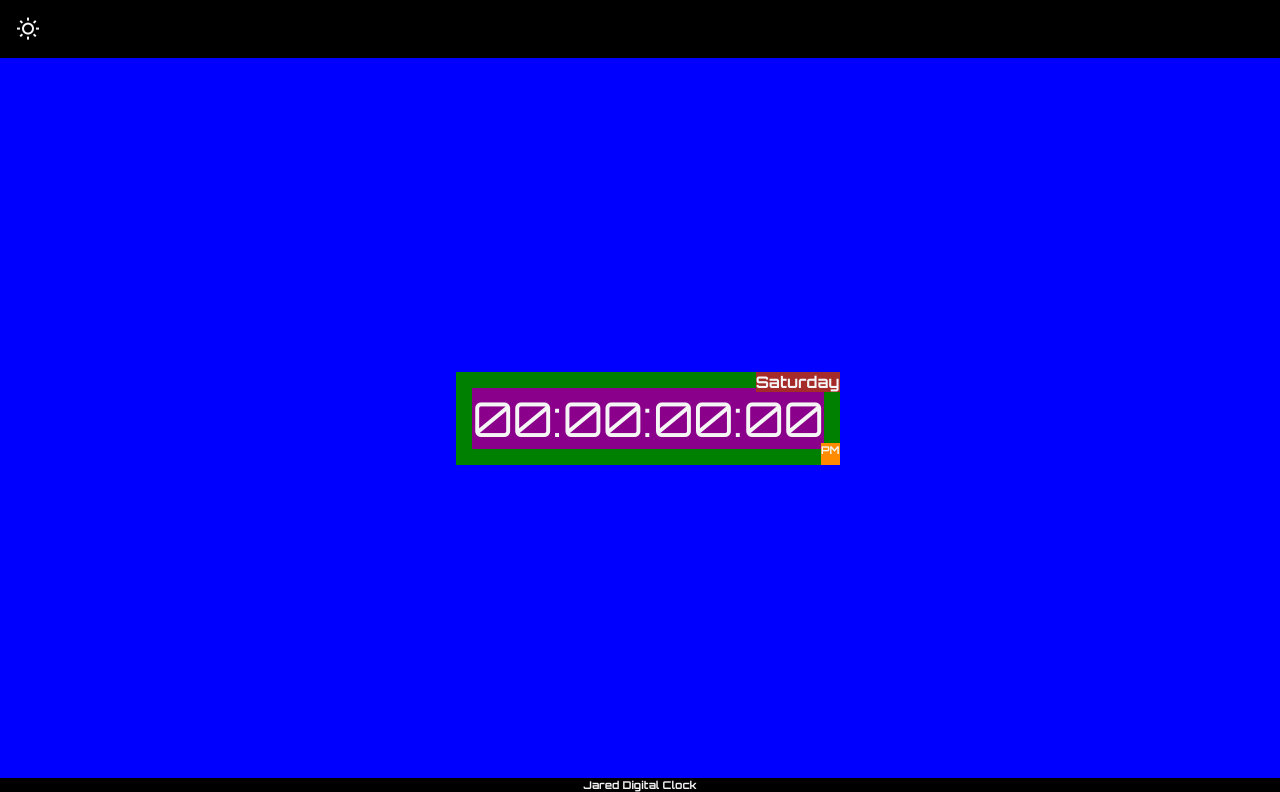
Repository: EguJaredoBoyd/Jared-Digital-Clock
Page: index.html
These files come from the project's save history. The page is drawn as it stood at one moment and after the next save; the edit follows.
The browser window is 1280 px wide. The pictures show the whole page.
Some web libraries are served in a nearby version.

Above is the page before, as saved 2026-01-04 22:44:19.

After the next save:
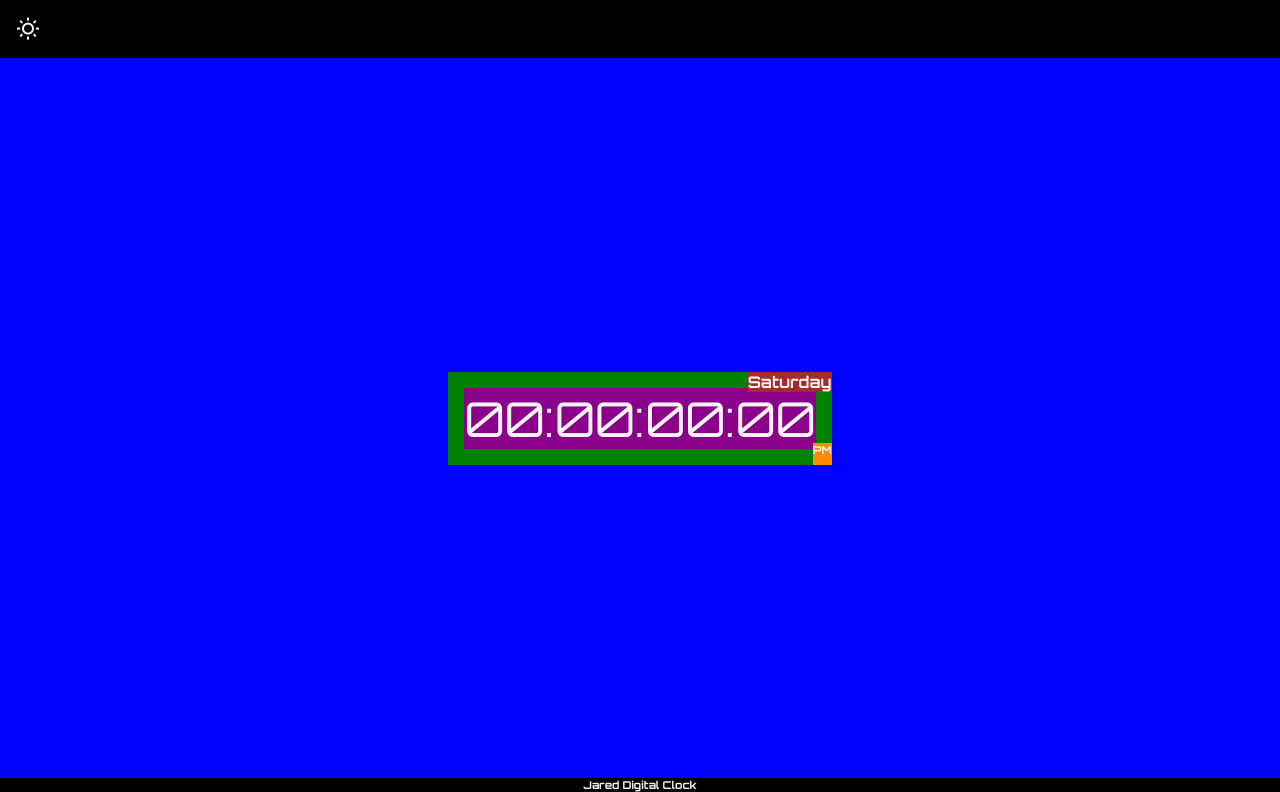
Saved 16 s later.
--- a/css/styles.css
+++ b/css/styles.css
@@ -76,7 +76,6 @@ header button i {
   max-width: 100%;
   position: relative;
   background-color: green;
-  margin-left: 1rem;
 }
 
 .watch-container__time p {
